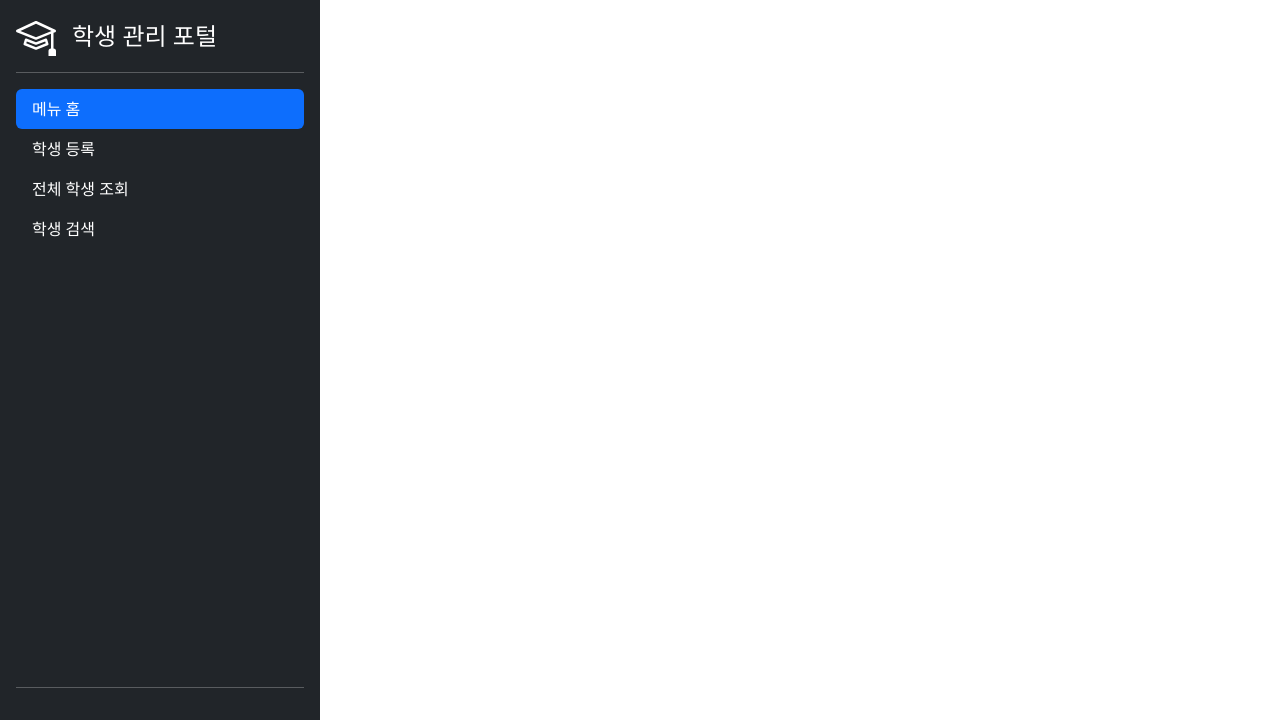
Repository: invisibleufo101/StudentManagementWeb
Page: HSW_Web/src/main/webapp/index.html
The author's editor kept a copy of each file at every save. The page is drawn from the files as they stood at one save, then again after the next save.
The browser window is 1280 px wide. The pictures show the whole page.

Above is the page before, as saved 2024-09-19 10:20:14.

### HSW_Web/src/main/webapp/index.html
<!DOCTYPE html>
<html>
<head>
	<meta charset="UTF-8">
	<meta name="viewport" content="width=device-width, initial-scale=1">
	<link rel="stylesheet" href="css/bootstrap.min.css" />
	<script defer src="js/bootstrap.bundle.min.js"></script>
	<link rel="icon" href="images/portal_icon.svg"/>
	<title>학생 관리 포털</title>
</head>
<body>
	<main class="d-flex flex-nowrap vh-100">
		<!-- Start of Navbar -->
		<nav class="d-flex flex-lg-column flex-md-column flex-row flex-shrink-0 p-3 text-bg-dark" style="width: 25vw;">
			<a href="/" class="d-flex justify-content-center align-items-center mb-3 mb-md-0 me-md-auto text-white text-decoration-none">
				<svg xmlns="http://www.w3.org/2000/svg" width="40" height="40" fill="currentColor" class="bi bi-mortarboard" viewBox="0 0 16 16">
				 	<path d="M8.211 2.047a.5.5 0 0 0-.422 0l-7.5 3.5a.5.5 0 0 0 .025.917l7.5 3a.5.5 0 0 0 .372 0L14 7.14V13a1 1 0 0 0-1 1v2h3v-2a1 1 0 0 0-1-1V6.739l.686-.275a.5.5 0 0 0 .025-.917zM8 8.46 1.758 5.965 8 3.052l6.242 2.913z"/>
				 	<path d="M4.176 9.032a.5.5 0 0 0-.656.327l-.5 1.7a.5.5 0 0 0 .294.605l4.5 1.8a.5.5 0 0 0 .372 0l4.5-1.8a.5.5 0 0 0 .294-.605l-.5-1.7a.5.5 0 0 0-.656-.327L8 10.466zm-.068 1.873.22-.748 3.496 1.311a.5.5 0 0 0 .352 0l3.496-1.311.22.748L8 12.46z"/>
				</svg>
				<span class="ms-3" style="font-size: 1.5rem;">학생 관리 포털</span>
			</a>
			<hr/>
			<ul class="d-inline-flex nav nav-pills flex-column mb-auto">
				<li class="nav-item">
					<a href="#" class="nav-link active">
						메뉴 홈
					</a>
				</li>
				<li>
					<a href="#" class="nav-link text-white">
						학생 등록
					</a>
				</li>
				<li>
					<a href="#" class="nav-link text-white">
						전체 학생 조회
					</a>
				</li>
				<li>
					<a href="#" class="nav-link text-white">
						학생 검색
					</a>
				</li>
			</ul>
			<hr/>
		</nav>
		<!-- End of Navbar -->
		<section style="width: auto; height: auto; background-color: #c2e0af;">

		</section>
	</main>
</body>
</html>

Loaded but not shown: HSW_Web/src/main/webapp/css/bootstrap.min.css (library); HSW_Web/src/main/webapp/js/bootstrap.bundle.min.js (no copy from this time; the picture is the same without it)

After the next save:
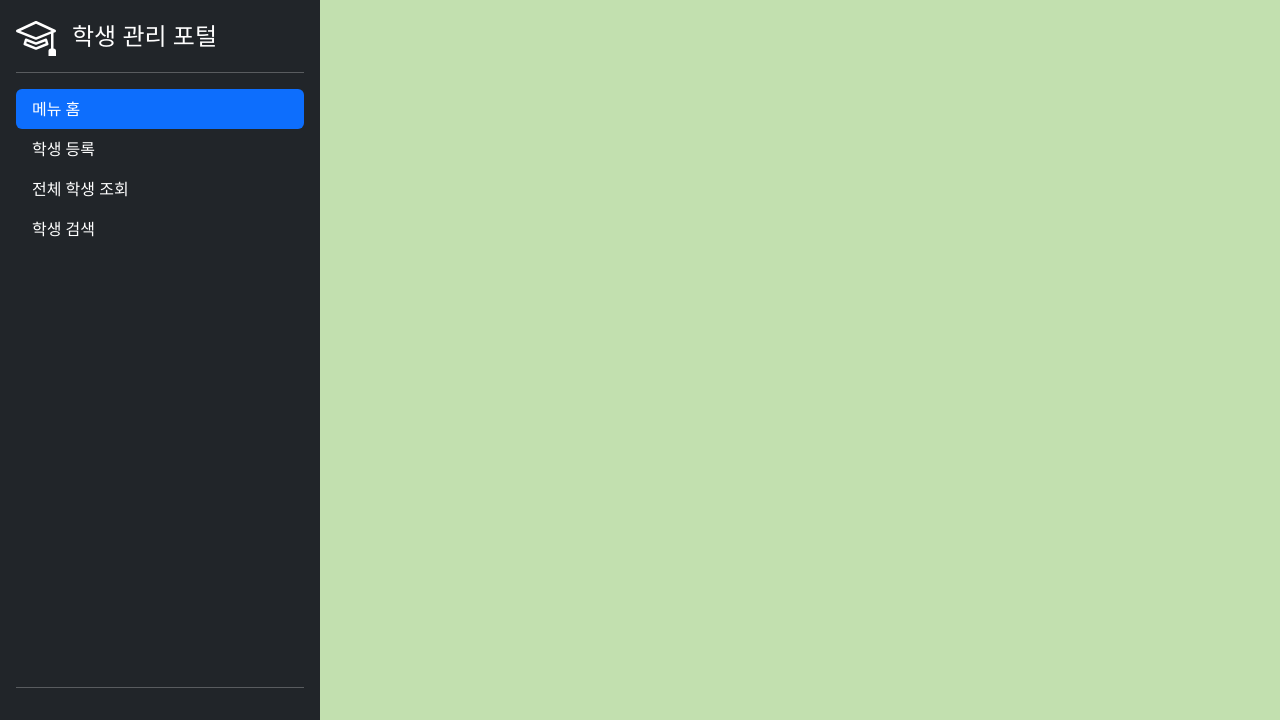
Saved 10 s later.
--- a/HSW_Web/src/main/webapp/index.html
+++ b/HSW_Web/src/main/webapp/index.html
@@ -45,7 +45,7 @@
 			<hr/>
 		</nav>
 		<!-- End of Navbar -->
-		<section style="width: auto; height: auto; background-color: #c2e0af;">
+		<section style="width: 75vw; height: auto; background-color: #c2e0af;">
 
 		</section>
 	</main>
